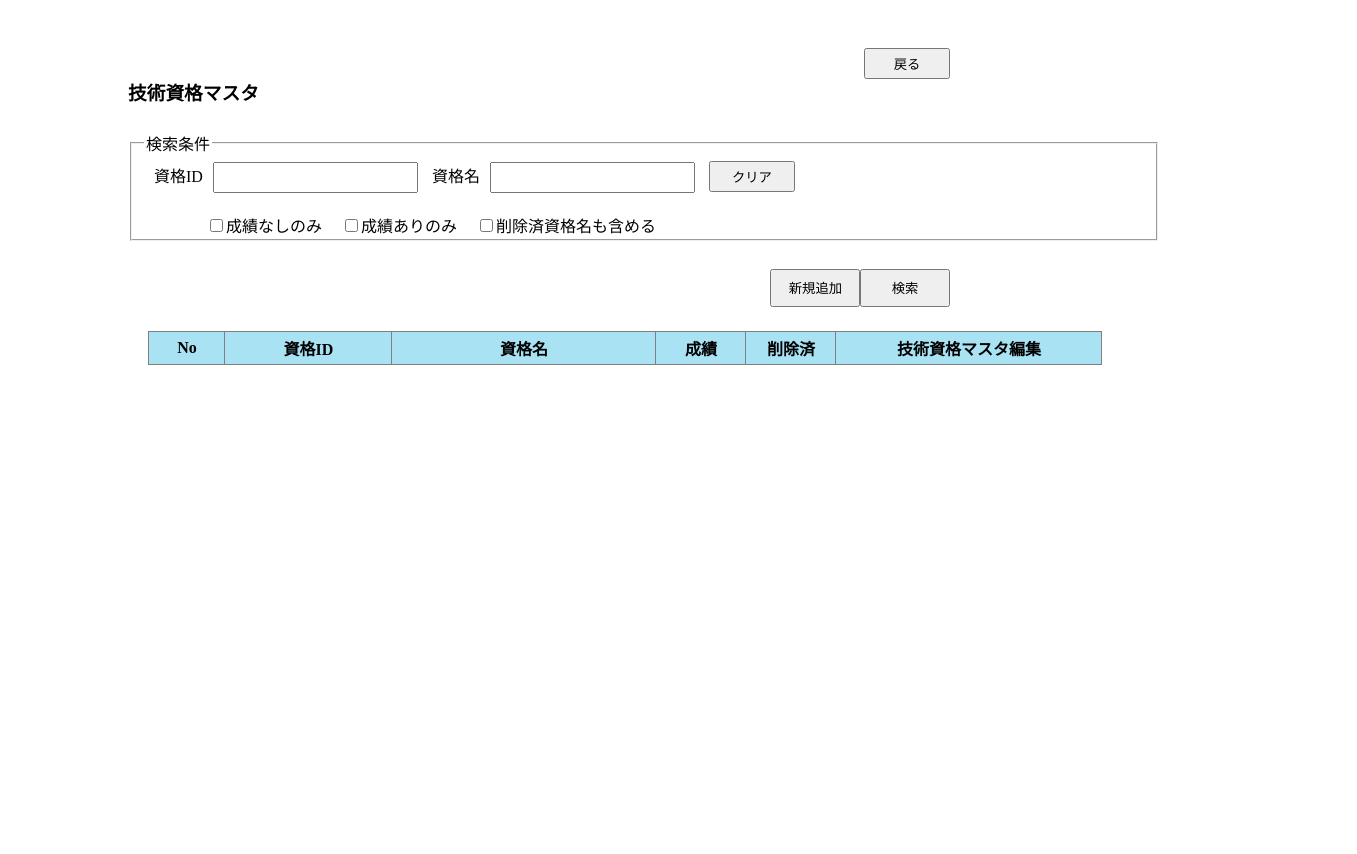
Repository: nguyenvantandev/WebApp
Page: http://localhost/EmployeeInfoSystem/SkillList.jsp
An editor plug-in stored every save of this project. The page is shown before and after the next save, followed by the edit.
The browser window is 1280 px wide. The page is 1357 px wide, so the pictures cover 1357 px, including what lies to the right of the window. The pictures show the whole page.
Some web libraries are served in a nearby version. The page is served by Tomcat 9. Other server files are loaded and not shown.

Above is the page before, as saved 2016-06-06 06:37:27.
Console error: ReferenceError: skillList_load is not defined

### EmployeeInfoSystem/WebContent/SkillList.jsp
<%@ page language="java" contentType="text/html; charset=UTF-8"
	pageEncoding="UTF-8"%>
<%@taglib uri="http://java.sun.com/jsp/jstl/core" prefix="c"%>
<!DOCTYPE html PUBLIC "-//W3C//DTD HTML 4.01 Transitional//EN" "http://www.w3.org/TR/html4/loose.dtd">
<html>
<head>
<meta http-equiv="Content-Type" content="text/html; charset=UTF-8">
<link rel="stylesheet" type="text/css" href="css/SkillList.css">
<script type="text/javascript" src="js/SkillList.js"></script>
<script type="text/javascript"
	src="http://code.jquery.com/jquery-1.10.1.min.js"></script>
<title>技術資格マスタ一覧画面</title>
</head>
<body onload="skillList_load()">
	<form action="GijutsuShikakuMasterIchiran" method="post" id="SkillList"
		name="SkillList">
		<div>
			<input type="button" id="modoru" name="modoru" value="戻る"
				onclick="location.href='Menu.jsp'"><br>
			<h3>
				<b>技術資格マスタ</b>
			</h3>
			<fieldset>
				<legend>検索条件</legend>
				<label id="label_shikakuid">資格ID</label><input type="text"
					id="shikakuId" name="shikakuId" maxlength="6"
					style="ime-mode: disabled;"> <label id="label_shikakumei">資格名</label><input
					type="text" id="shikakumei" name="shikakumei" maxlength="80">
				<input type="button" id="kuria" name="kuria" value="クリア"
					onclick="kuria_click()"><br> <input type="checkbox"
					id="seisekinashi" name="seisekinashi"><label
					id="label_seisekinashi">成績なしのみ</label> <input type="checkbox"
					id="seisekiari" name="seisekiari"><label
					id="label_seisekiari">成績ありのみ</label> <input type="checkbox"
					id="sakujosumi" name="sakujosumi"><label
					id="label_sakujosumi">削除済資格名も含める</label>
			</fieldset>


			<input type="hidden" id="hidden_shikakuId" name="hidden_shikakuId"
				value="<%=request.getAttribute("hidden_shikakuId")%>"> <input
				type="hidden" id="hidden_shikakumei" name="hidden_shikakumei"
				value="<%=request.getAttribute("hidden_shikakumei")%>"> <input
				type="hidden" id="hidden_seisekinashi" name="hidden_seisekinashi"
				value="<%=request.getAttribute("hidden_seisekinashi")%>"> <input
				type="hidden" id="hidden_seisekiari" name="hidden_seisekiari"
				value="<%=request.getAttribute("hidden_seisekiari")%>"> <input
				type="hidden" id="hidden_sakujosumi" name="hidden_sakujosumi"
				value="<%=request.getAttribute("hidden_sakujosumi")%>"> <input
				type="button" id="shinkitsuika" name="shinkitsuika" value="新規追加"
				onclick="shinkitsuika_click()"> <input type="button"
				id="kensaku" name="kensaku" value="検索" onclick="kensaku_click()">
			<div id="list">
				<table id="table" border="1">
					<thead>
						<tr>
							<th style="width: 73px" align="center">No</th>
							<th style="width: 164px" align="center">資格ID</th>
							<th style="width: 261px" align="center">資格名</th>
							<th style="width: 87px" align="center">成績</th>
							<th style="width: 87px" align="center">削除済</th>
							<th style="width: 263px" align="center">技術資格マスタ編集</th>

						</tr>
					</thead>
					<tbody>
						<c:forEach var="row" items="${memberList}">
							<tr>
								<td style="width: 73px" align="center"><c:out
										value="${row.num}" /></td>
								<td style="width: 164px" align="center"><c:out
										value="${row.shikakuid}"></c:out></td>
								<td style="width: 261px" align="center"><c:out
										value="${row.shikakumei}"></c:out></td>
								<td style="width: 87px" align="center"><c:out
										value="${row.seiseki}"></c:out></td>
								<td style="width: 87px" align="center"><c:out
										value="${row.sakujosumi}"></c:out></td>
								<td style="width: 263px" align="center"><input
									type="button" id="henshu${row.num}" name="henshu"
									class="henshu" value="編集" onclick="hennshu_click(this)">
									<input type="button" id="sakujo${row.num}" name="sakujo"
									class="sakujo" value="削除" onclick="sakujo_click(this)">
								</td>
							</tr>
						</c:forEach>

					</tbody>
				</table>
			</div>
			<input type="hidden" id="actionName" name="actionName"> <input
				type="hidden" id="actionValue" name="actionValue"> <input
				type="hidden" id="errorMessage" name="errorMessage"
				value="<%=request.getAttribute("errorMessage")%>"> <input
				type="hidden" id="saikensaku" name="saikensaku"
				value="<%=request.getAttribute("saikensaku")%>">
		</div>
	</form>
</body>
</html>

### EmployeeInfoSystem/WebContent/css/SkillList.css
@CHARSET "UTF-8";

body {
	margin-left: 10%;
	margin-right: 10%;
	margin-top: 3%;
	margin-bottom: 1%;
}

#modoru {
	width: 86px;
	height: 31px;
	margin-top: 10px;
	margin-right: 10px;
	margin-bottom: 10px;
	right: 25%;
	position: absolute;
}

#shinkitsuika {
	    width: 90px;
    height: 38px;
	margin-top: 10px;
	margin-right: 10px;
	margin-bottom: 10px;
	right: 32%;
	position: absolute;
}
#henshu, #sakujo{
	margin-left: 15px;
	width: 86px;
	height: 31px;
}

#kensaku {
	    width: 90px;
    height: 38px;
	margin-top: 10px;
	margin-right: 10px;
	margin-bottom: 10px;
	right: 25%;
	position: absolute;
}

h3 {
	margin-top: 22px;
	margin-bottom: 26px;
}

fieldset {
	height: 90px;
	width: 1000px;
	margin-bottom: 18px;
}

#label_shikakuid, #label_shikakumei {
	margin-right: 10px;
	margin-left: 10px;
}

#shikakumei {
	height: 25px;
	width: 197px;
	margin-right: 10px;
	margin-bottom: 20px;
}

#shikakuId {
	height: 25px;
	width: 197px;
	margin-bottom: 20px;
}

#kuria {
	width: 86px;
	height: 31px;
}

#seisekinashi {
	margin-left: 66px;
}

#seisekiari, #sakujosumi {
	margin-left: 19px;
}

#list {
	margin-top: 90px;
}

table {
	margin-left: 2%;
	border-collapse: collapse;
	border-top-width: 0px;
	border-right-width: 0px;
	border-bottom-width: 0px;
	border-left-width: 0px;
}

th {
	table-layout: fixed;
	height: 30px;
	background-color: #A9E2F3;
}

td {
	table-layout: fixed;
	height: 30px;
	background-color: white;
	border-bottom-style: dashed;
}

tbody, thead {
	display: block;
}

tbody {
	overflow: auto;
	height: 476px;
	width: 1209px;
}

Loaded but not shown: EmployeeInfoSystem/WebContent/js/SkillList.js (no copy from this time; the picture is the same without it)

After the next save:
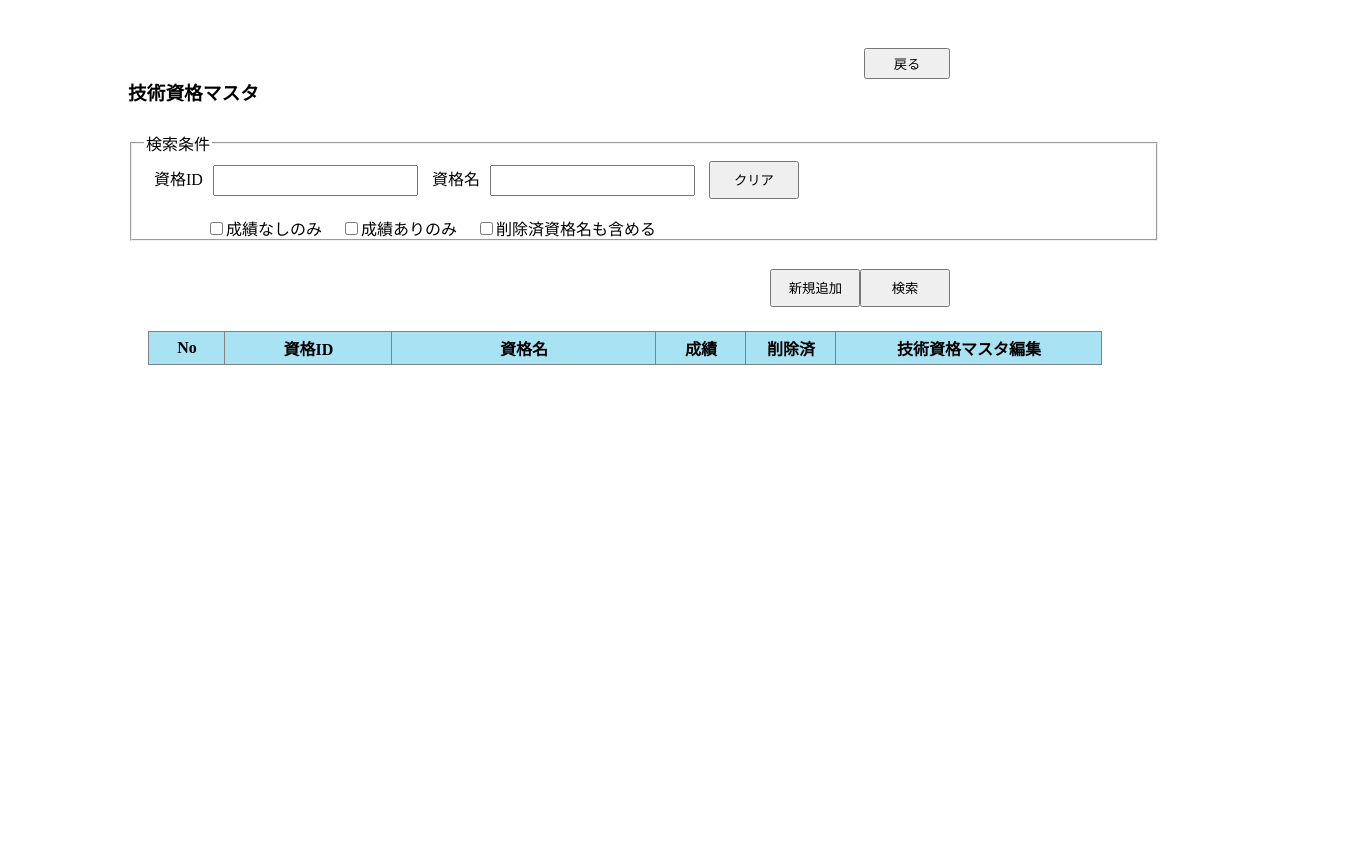
Saved 25 s later.
--- a/EmployeeInfoSystem/WebContent/css/SkillList.css
+++ b/EmployeeInfoSystem/WebContent/css/SkillList.css
@@ -72,8 +72,8 @@ fieldset {
 }
 
 #kuria {
-	width: 86px;
-	height: 31px;
+	    width: 90px;
+    height: 38px;
 }
 
 #seisekinashi {
